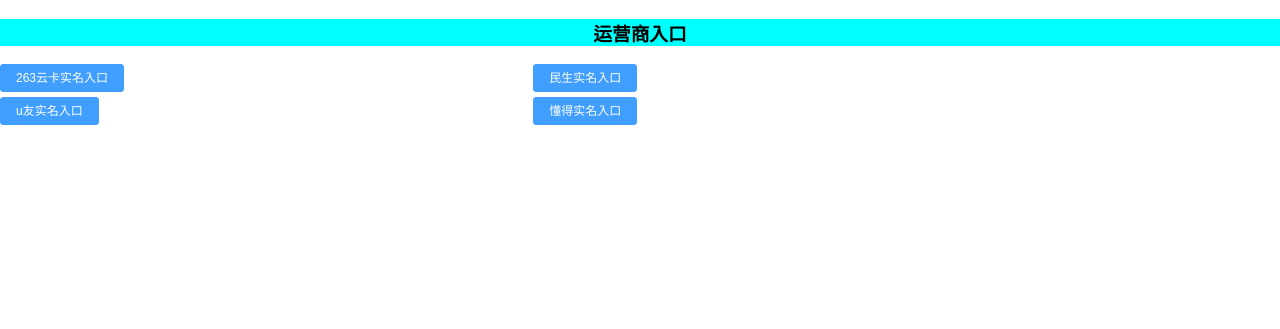
Repository: cmlsir1024/index-test
Page: index.html
An editor plug-in stored every save of this project. The page is shown before and after the next save, followed by the edit.
The browser window is 1280 px wide. The pictures show the whole page.

Above is the page before, as saved 2023-10-11 12:30:54.

After the next save:
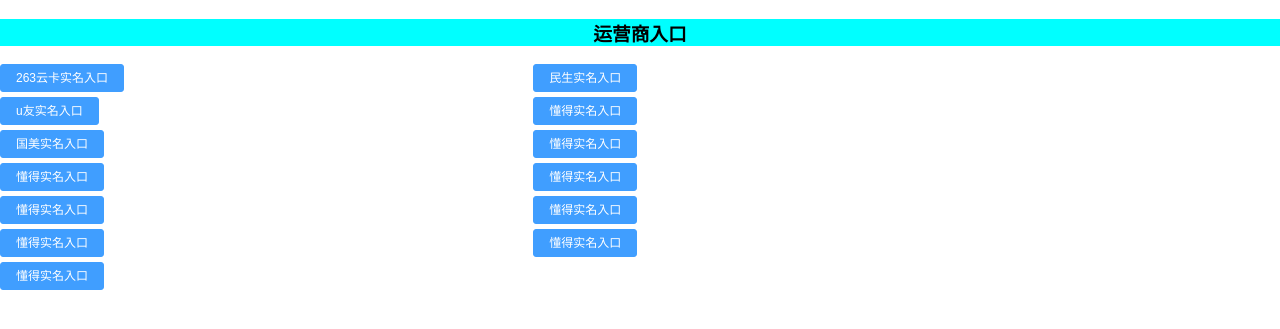
Saved 22 h 58 min later.
--- a/index.html
+++ b/index.html
@@ -146,6 +146,15 @@
             { name: "民生实名入口", id: 2, url: "./asstas/2.jpg" },
             { name: "u友实名入口", id: 3, url: "./asstas/3.jpg" },
             { name: "懂得实名入口", id: 4, url: "./asstas/4.jpg" },
+            { name: "国美实名入口", id: 4, url: "./asstas/4.jpg" },
+            { name: "懂得实名入口", id: 4, url: "./asstas/4.jpg" },
+            { name: "懂得实名入口", id: 4, url: "./asstas/4.jpg" },
+            { name: "懂得实名入口", id: 4, url: "./asstas/4.jpg" },
+            { name: "懂得实名入口", id: 4, url: "./asstas/4.jpg" },
+            { name: "懂得实名入口", id: 4, url: "./asstas/4.jpg" },
+            { name: "懂得实名入口", id: 4, url: "./asstas/4.jpg" },
+            { name: "懂得实名入口", id: 4, url: "./asstas/4.jpg" },
+            { name: "懂得实名入口", id: 4, url: "./asstas/4.jpg" },
           ],
           dialogVisible: false,
           jpgList: "",
